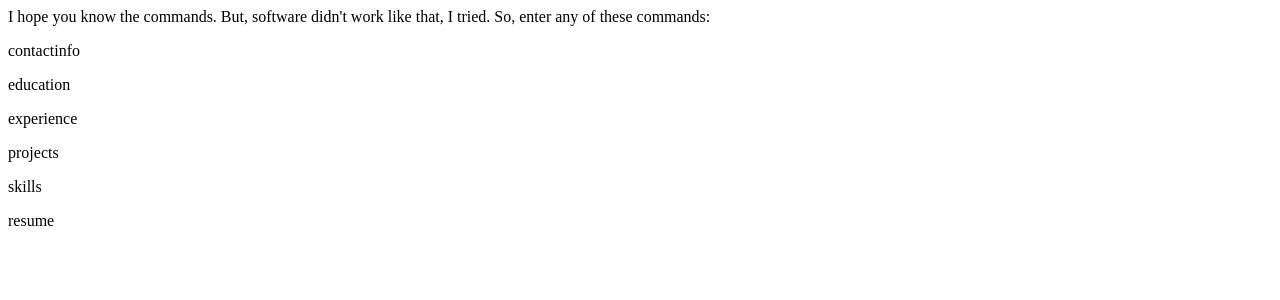
Repository: phanindrakannaji/Resume
Page: http://localhost/application/pages/help.php
These files come from the project's save history. The page is drawn as it stood at one moment and after the next save; the edit follows.
The browser window is 1280 px wide. The pictures show the whole page.
The page is run by PHP 8.4 with error messages shown; the project is at /var/www/html/.

Above is the page before, as saved 2016-09-25 00:39:32.
Console error: ReferenceError: $ is not defined

### Resume/application/pages/help.php
<script src="../resources/scripts/refreshScript.js"
	type="text/javascript"></script>
<p class='normaltext customfont'>I hope you know the commands. But,
	software didn't work like that, I tried. So, enter any of these
	commands:</p>
<p class='normaltext customfont'>contactinfo</p>
<p class='normaltext customfont'>education</p>
<p class='normaltext customfont'>experience</p>
<p class='normaltext customfont'>projects</p>
<p class='normaltext customfont'>skills</p>
<p class='normaltext customfont'>resume</p>

### Resume/resources/scripts/refreshScript.js
$(document).ready(function(){
	$("#commandInput").keypress(function(e){
		keypressInBox(e);
	});
})

After the next save:
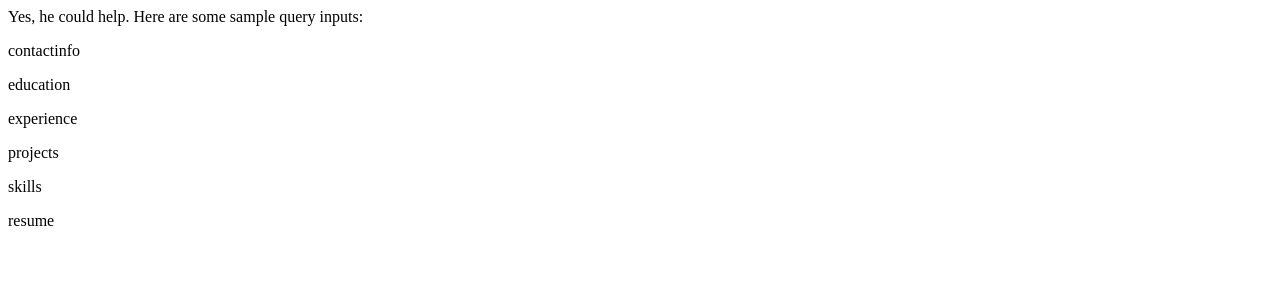
Saved 26 s later.
--- a/Resume/application/pages/help.php
+++ b/Resume/application/pages/help.php
@@ -1,8 +1,6 @@
 <script src="../resources/scripts/refreshScript.js"
 	type="text/javascript"></script>
-<p class='normaltext customfont'>I hope you know the commands. But,
-	software didn't work like that, I tried. So, enter any of these
-	commands:</p>
+<p class='normaltext customfont'>Yes, he could help. Here are some sample query inputs:</p>
 <p class='normaltext customfont'>contactinfo</p>
 <p class='normaltext customfont'>education</p>
 <p class='normaltext customfont'>experience</p>
